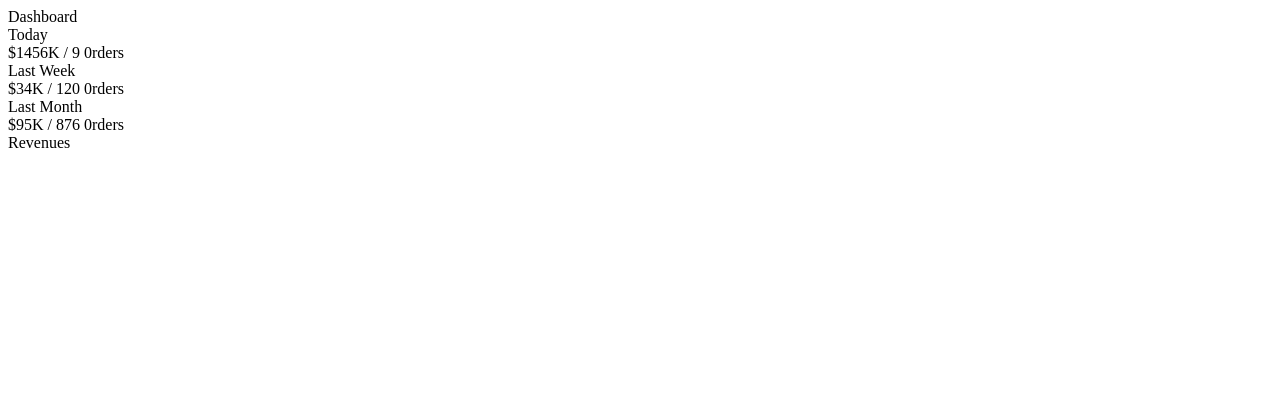
Repository: cjaymoni/FE_Submission02
Page: views/dashboard/dashboard.html
These files come from the project's save history. The page is drawn as it stood at one moment and after the next save; the edit follows.
The browser window is 1280 px wide. The pictures show the whole page.

Above is the page before, as saved 2022-09-30 12:41:46.

After the next save:
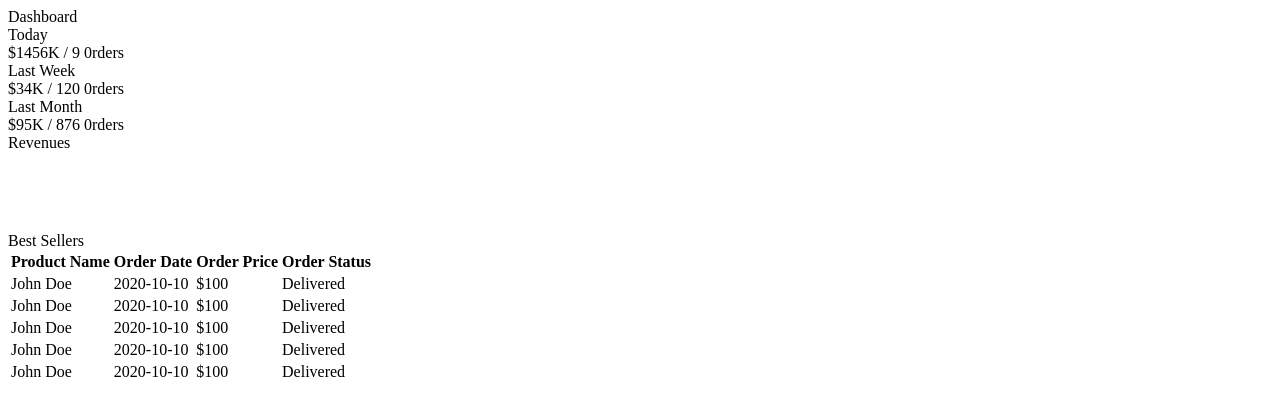
Saved 3 min 38 s later.
--- a/views/dashboard/dashboard.html
+++ b/views/dashboard/dashboard.html
@@ -59,6 +59,55 @@
     </div>
     <canvas id="myChart" width="200" height="80"></canvas>
   </div>
+
+  <div class="container-col">
+    <div>
+      <span>Best Sellers</span>
+    </div>
+    <table>
+      <thead>
+        <tr>
+          <th>Product Name</th>
+          <th>Order Date</th>
+          <th>Order Price</th>
+          <th>Order Status</th>
+        </tr>
+      </thead>
+      <tbody>
+        <tr>
+          <td>John Doe</td>
+          <td>2020-10-10</td>
+          <td>$100</td>
+          <td>Delivered</td>
+        </tr>
+        <tr>
+          <td>John Doe</td>
+          <td>2020-10-10</td>
+          <td>$100</td>
+          <td>Delivered</td>
+        </tr>
+        <tr>
+          <td>John Doe</td>
+          <td>2020-10-10</td>
+          <td>$100</td>
+          <td>Delivered</td>
+        </tr>
+        <tr>
+          <td>John Doe</td>
+          <td>2020-10-10</td>
+          <td>$100</td>
+          <td>Delivered</td>
+        </tr>
+
+        <tr>
+          <td>John Doe</td>
+          <td>2020-10-10</td>
+          <td>$100</td>
+          <td>Delivered</td>
+        </tr>
+      </tbody>
+    </table>
+  </div>
 </div>
 
 <script src="js/chart.js"></script>
